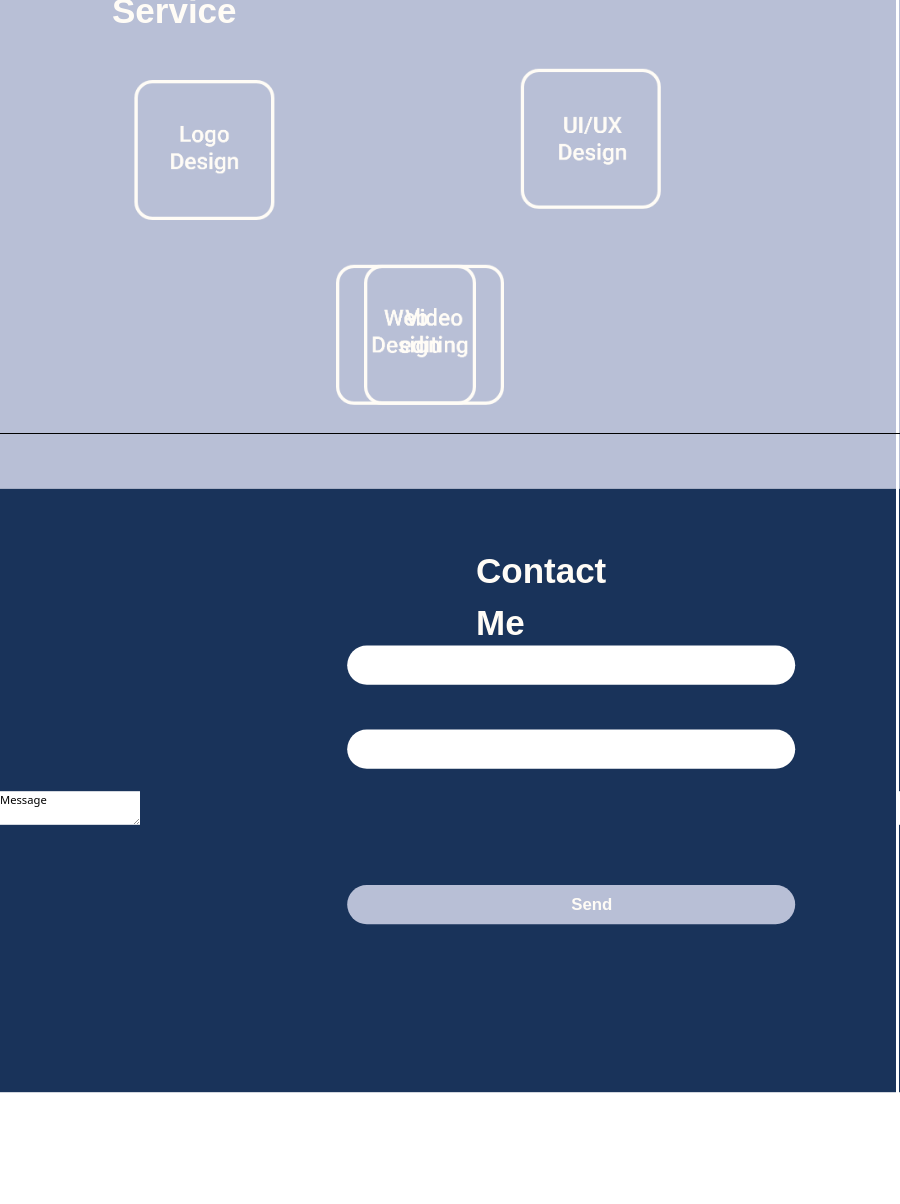
Repository: MEROO1010/my_portfolio
Page: /
An editor plug-in stored every save of this project. The page is shown before and after the next save, followed by the edit.
The browser window is 1280 px wide. The page is 1285 px wide, so the pictures cover 1285 px, including what lies to the right of the window. The pictures show the part of the page from y = 2286 to 4166 px (the page is 4006 px tall before and 4166 px after), at 70% of full size.
The project was rebuilt for these pictures with package versions that can differ from the ones it lists, and the page was loaded fresh each time. The framework's server and built-in components were replaced by stand-ins that run in the browser. Also part of the build but not shown: next.config.js.

Above is the page before, as saved 2023-04-04 22:27:43.

### pages/_app.tsx
import '../styles/globals.css'
import type { AppProps } from 'next/app'
import 'tailwindcss/tailwind.css'


function MyApp({ Component, pageProps }: AppProps) {
  return <Component {...pageProps} />
}

export default MyApp

### pages/index.tsx
import type { NextPage } from 'next'
import AboutMe from './components/AboutMe'
import ContactMe from './components/ContactMe'
import Experience from './components/Experience'
import HomePage from './components/HomePage'
import Services from './components/Services'

const Home: NextPage = () => {
  return (
    <div>
      <HomePage/>
      <AboutMe/>
      <Experience/>
      <Services/>
      <ContactMe/>
    </div>
  )
}

export default Home

### styles/globals.css
@tailwind base;
@tailwind components;
@tailwind utilities;
@import url('https://fonts.googleapis.com/css2?family=Raleway:ital,wght@0,400;0,500;0,600;0,700;1,500;1,600&display=swap')

### pages/components/AboutMe.tsx
import React from 'react'
import Image from 'next/image'


const AboutMe = () => {
  return (
    <div >


        <div className="  relative my-80 pt-80  top-40  ">
        <Image src="/assets/images/bg2.png" alt="laptop" width={1920} height={5106}/>
        </div>



        <div className=" text-[#FFFCF6] relative right-20 bottom-40     ">
            <div className=" absolute  mx-60 my-2 py-80 bottom-80  left-24
 ">
            <h1 className="  font-raleway font-bold  text-[50px]">About me</h1>
            <br/>
            </div>
            <div className="absolute  mx-24  bottom-40 left-24 ">
            <p className='font-raleway  font-medium   text-[50px]'>
            My name is Marwah Alsaggaf,<br/> and I'm software-developer <br/>
            and graphic designer. I <br/>
            graduated from Arab open <br/> university with a major in
             <br/> Information Technology and Computing
            </p>
            </div>
        </div>

    </div>
  )
}

export default AboutMe

### pages/components/ContactMe.tsx
import React from 'react'
import Form from './Form'


const ContactMe = () => {
  return (
    <div className=" relative py-80   bottom-40   bg-[#19335A]">
          <div className="h-100 ">
        <div>
          <h1 className= " absolute py-20 px-80 mx-10 top-0 left-80 font-raleway font-bold  text-[50px] text-[#FFFCF6]">Contact Me</h1>
       </div>
        <Form/>
        </div>
    </div>
  )
}

export default ContactMe

### pages/components/Experience.tsx
import React from "react";
import Image from "next/image";
import { motion } from "framer-motion";

const Experience = () => {
  return (
    <div className="relative py-0 bottom-40" >
      <div className="bg-[#19335A]">
        <div className="absolute px-80 py-20 mx-80 left-20  ">
          <h1 className="text-[#FFFCF6] text-[46px]  font-raleway font-bold ">
            Experience
          </h1>
        </div>
        <motion.div
          className="relative mx-80 px-60 top-80  left-80"
          whileHover={{ scale: 1.2, rotate: 360 }}
          whileTap={{
            scale: 0.8,
            rotate: -360,
            borderRadius: "100%",
          }}
        >
          <Image
            src="/assets/images/programming-languges.png"
            alt="laptop"
            width={542}
            height={542}
          />
        </motion.div>
        <div></div>

        <motion.div className="relative mx-10   px-20  bottom-48  left-8"
        whileHover={{ scale: 1.2, rotate: 360 }}
        whileTap={{
          scale: 0.8,
          rotate: -360,
          borderRadius: "100%",
        }}
        >
          <Image
            src="/assets/images/software.png"
            alt="laptop"
            width={542}
            height={542}
          />
        </motion.div>
      </div>
    </div>
  );
};

export default Experience;

### pages/components/HomePage.tsx
import React from 'react'
import Image from 'next/image'


const HomePage = () => {
  return (
    <div className='bg-slate-700'>
        <Image src="/header.png" alt="Header" width={2000} height={0}/>

        <div className='mx-16 my-0 top-4  absolute	  '>
        <Image src="/my_logo_white.png" alt="My Logo" width={54} height={0}/>
        </div>

        <div>
          <ul className=' relative   float-right flex flex-col  px-8 mx-40 right-28   bottom-16   space-x-16 md:flex-row text-[#FFFCF6] text-[28px] font-raleway'>
            <li>Home</li>
            <li>About Me</li>
            <li>Skills</li>
            <li>My Work</li>
            <li>Contact Me</li>
          </ul>
        </div>


       <div className=' absolute   '>
       <Image src="/assets/images/MainPage.png" alt="main image" width={1920} height={912}/>
        {/*add About Me button*/}
       <div className='absolute px-28 my-80 mx-60 left-80 top-32 '>
       <button className='bg-[#19335A] rounded-3xl w-60 h-10  text-[20px] text-[#B8BFD6] font-raleway font-semibold shadow-xl' >About me</button>
       </div>

        {/*add my others accounts list*/}

        <div>
          <ul className=' absolute   float-right flex flex-col top-80 py-60 px-40 mx-80 left-40   space-x-8 md:flex-row '>
            <li><a href='https://github.com/MEROO1010'><Image src="/assets/images/github.png" alt="main image" width={54} height={54}/></a></li>
            <li><a href='https://www.instagram.com/meroo_alsaggaf/'><Image src="/assets/images/instagram.png" alt="main image" width={64} height={53}/></a></li>
            <li><a href='https://www.behance.net/merooalsaggaf'><Image src="/assets/images/behance.png" alt="main image" width={54} height={54}/></a></li>
            <li><a href='https://www.linkedin.com/in/marwah-alsaggaf-ba44011b2/'><Image src="/assets/images/linkedIn.png" alt="main image" width={54} height={54}/></a></li>
          </ul>
        </div>
       </div>






    </div>
  )
}

export default HomePage

### pages/components/Services.tsx
import React from 'react'
import Square from './Square'
const Services = () => {
  return (
    <div className= " relative py-80  bottom-40   bg-[#B8BFD6]">
        <div className="h-40 ">
        <div>
          <h1 className= " absolute py-20 px-40 top-0 font-raleway font-bold  text-[50px] text-[#FFFCF6]">Service</h1>
       </div>
       <Square/>
        </div>
    </div>
  )
}

export default Services

### pages/components/Form.tsx
import React from 'react'

const Form = () => {
  return (
    <div>
        <input type="text" placeholder='Your Name' className=" relative  px-80 mx-80 bottom-24 left-44 h-14 w-0 rounded-full"/><br/>
        <input type="text" className=" relative  px-80 mx-80 bottom-8 left-44 h-14 w-0 rounded-full"/><br/>
        <textarea  className="  ">Message</textarea>
        <button type="submit" className="relative px-80 mx-80 top-20 left-44 h-14 w-10 font-raleway text-[24px] font-semibold text-[#FFFCF6]  bg-[#B8BFD6] rounded-full">Send</button>

    </div>
  )
}

export default Form

### pages/components/Square.tsx
import React from 'react'
import Image from 'next/image'

const Square = () => {
  return (
    <div>
      {/*logo design*/}
       <div className="absolute py-40 mx-40 my-18 left-8 top-14 ">
       <Image src="/assets/images/logodesign.png" alt="laptop" width={200} height={200}/>
       </div>

        {/*programming*/}
       <div className="absolute py-60 px-40 mx-80 my-18 right-80 bottom-40 ">
       <Image src="/assets/images/programming.png" alt="laptop" width={200} height={200}/>
       </div>

       {/*ui-ux design*/}
       <div className="absolute py-60 mx-80 my-18 right-4 bottom-40 ">
       <Image src="/assets/images/uiux.png" alt="laptop" width={200} height={200}/>
       </div>

       {/*web design*/}
       <div className="absolute  mx-40 my-40 left-80 top-50 ">
       <Image src="/assets/images/webdesign.png" alt="laptop" width={200} height={200}/>
       </div>

       {/*video editing*/}
       <div className="absolute px-80 mx-20 my-40 right-40 top-50 ">
       <Image src="/assets/images/videoediting.png" alt="laptop" width={200} height={200}/>
       </div>
    </div>
  )
}

export default Square

### tailwind.config.js
/** @type {import('tailwindcss').Config} */
module.exports = {
   purge: ['./pages/**/*.{js,ts,jsx,tsx}', './components/**/*.{js,ts,jsx,tsx}'],
  content: [
    './pages/**/*.{js,ts,jsx,tsx}',
    './components/**/*.{js,ts,jsx,tsx}',
    './app/**/*.{js,ts,jsx,tsx}',
  ],
  theme: {
    extend:
    {
      fontFamily: {
        'raleway': ['Raleway', 'sans-serif']
      },
    },
  },
  plugins: [],
}

After the next save:
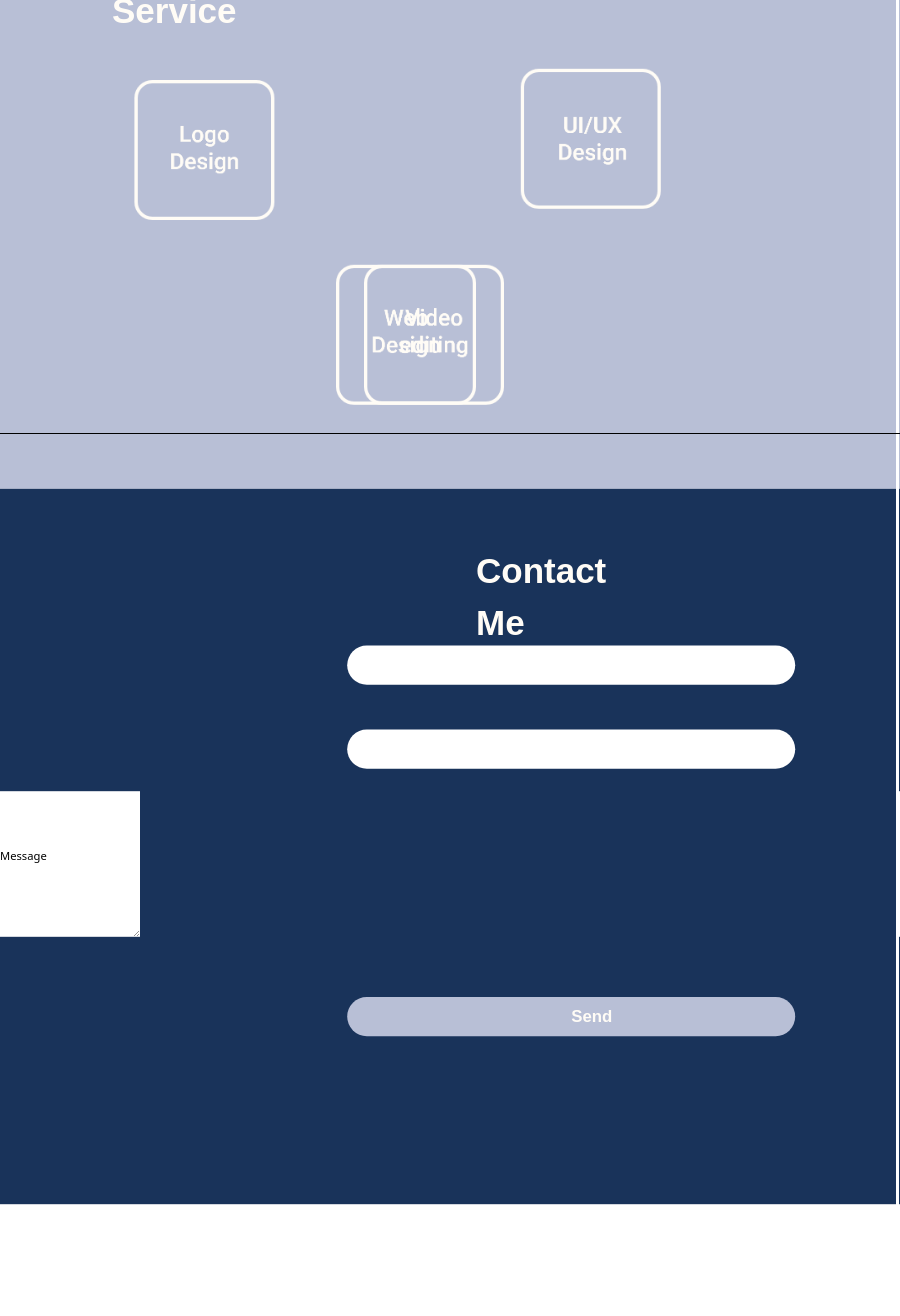
Saved 31 s later.
--- a/pages/components/Form.tsx
+++ b/pages/components/Form.tsx
@@ -5,7 +5,7 @@
     <div>
         <input type="text" placeholder='Your Name' className=" relative  px-80 mx-80 bottom-24 left-44 h-14 w-0 rounded-full"/><br/>
         <input type="text" className=" relative  px-80 mx-80 bottom-8 left-44 h-14 w-0 rounded-full"/><br/>
-        <textarea  className="  ">Message</textarea>
+        <textarea  className=" py-20 ">Message</textarea>
         <button type="submit" className="relative px-80 mx-80 top-20 left-44 h-14 w-10 font-raleway text-[24px] font-semibold text-[#FFFCF6]  bg-[#B8BFD6] rounded-full">Send</button>
 
     </div>

After the save that followed:
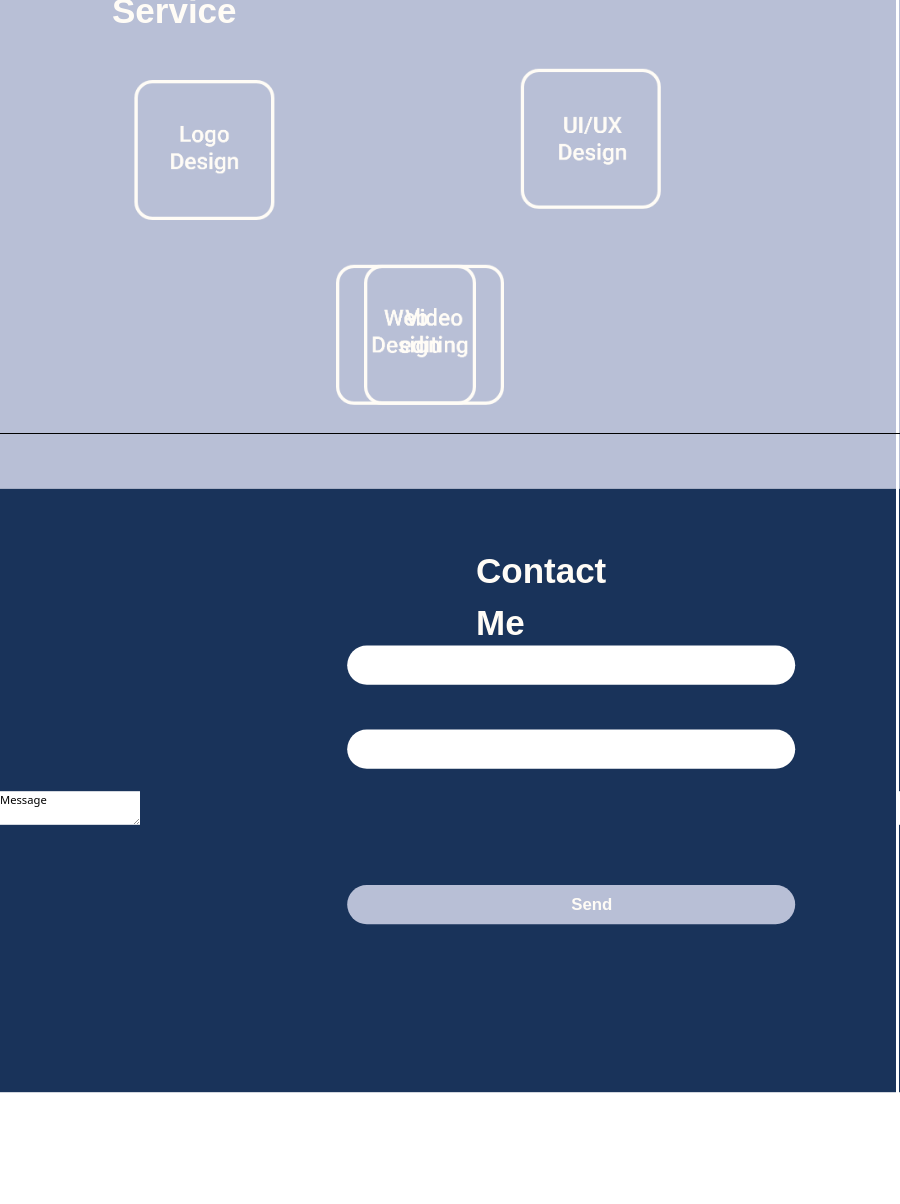
Saved 13 s later.
--- a/pages/components/Form.tsx
+++ b/pages/components/Form.tsx
@@ -5,7 +5,7 @@
     <div>
         <input type="text" placeholder='Your Name' className=" relative  px-80 mx-80 bottom-24 left-44 h-14 w-0 rounded-full"/><br/>
         <input type="text" className=" relative  px-80 mx-80 bottom-8 left-44 h-14 w-0 rounded-full"/><br/>
-        <textarea  className=" py-20 ">Message</textarea>
+        <textarea  className=" relative ">Message</textarea>
         <button type="submit" className="relative px-80 mx-80 top-20 left-44 h-14 w-10 font-raleway text-[24px] font-semibold text-[#FFFCF6]  bg-[#B8BFD6] rounded-full">Send</button>
 
     </div>
